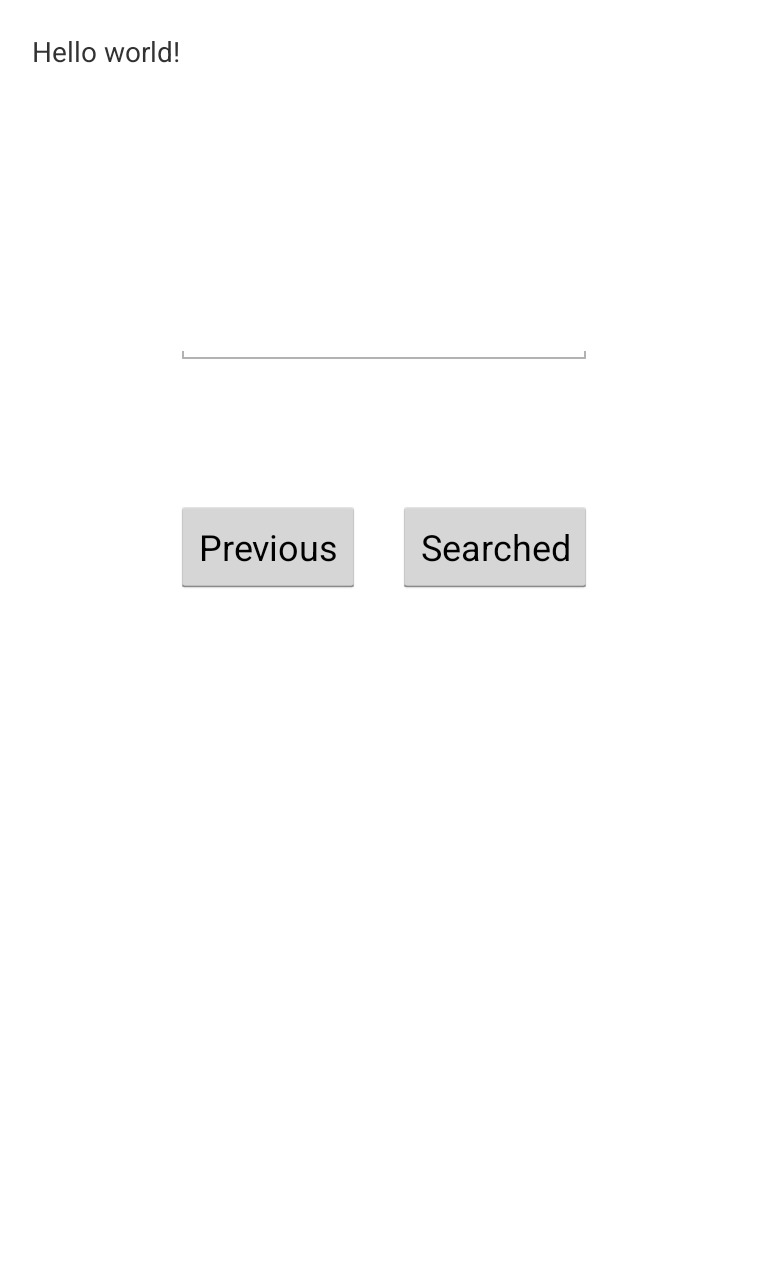
Repository: theoryxu/Chinese-microblogging-Links-System-Mobile-Application-Development
Layout: AndroidApp/STXQ/STXQ/res/layout/activity_second.xml
These files come from the project's save history. The layout is drawn as it stood at one moment and after the next save; the edit follows.
It is drawn on a 768 x 1280 px phone screen (xhdpi) without system bars, with theme AppTheme; the app's code is not run.

Above is the layout before, as saved 2014-11-25 00:02:51.

After the next save:
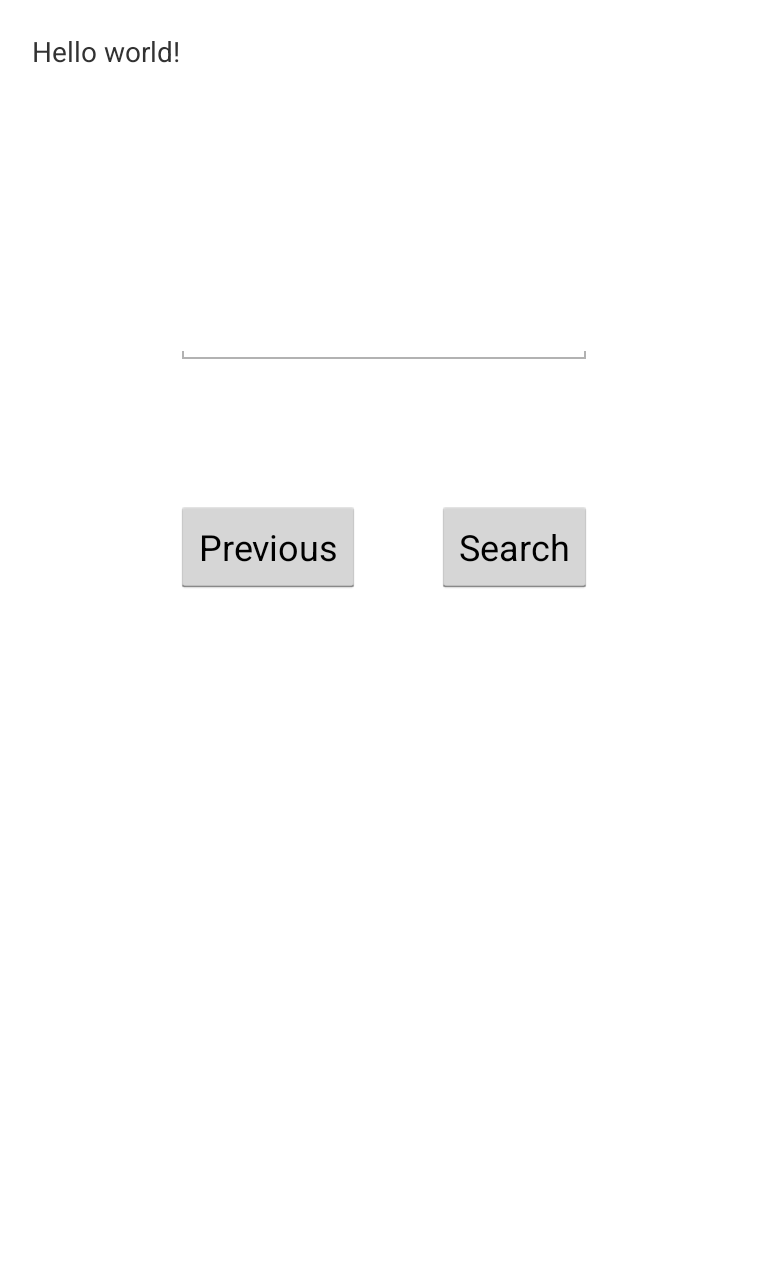
Saved 69 s later.
--- a/AndroidApp/STXQ/STXQ/res/layout/activity_second.xml
+++ b/AndroidApp/STXQ/STXQ/res/layout/activity_second.xml
@@ -30,7 +30,7 @@
         android:layout_height="wrap_content"
         android:layout_alignBottom="@+id/button1"
         android:layout_alignRight="@+id/editText1"
-        android:text="Searched" />
+        android:text="Search" />
 
     <Button
         android:id="@+id/button1"
